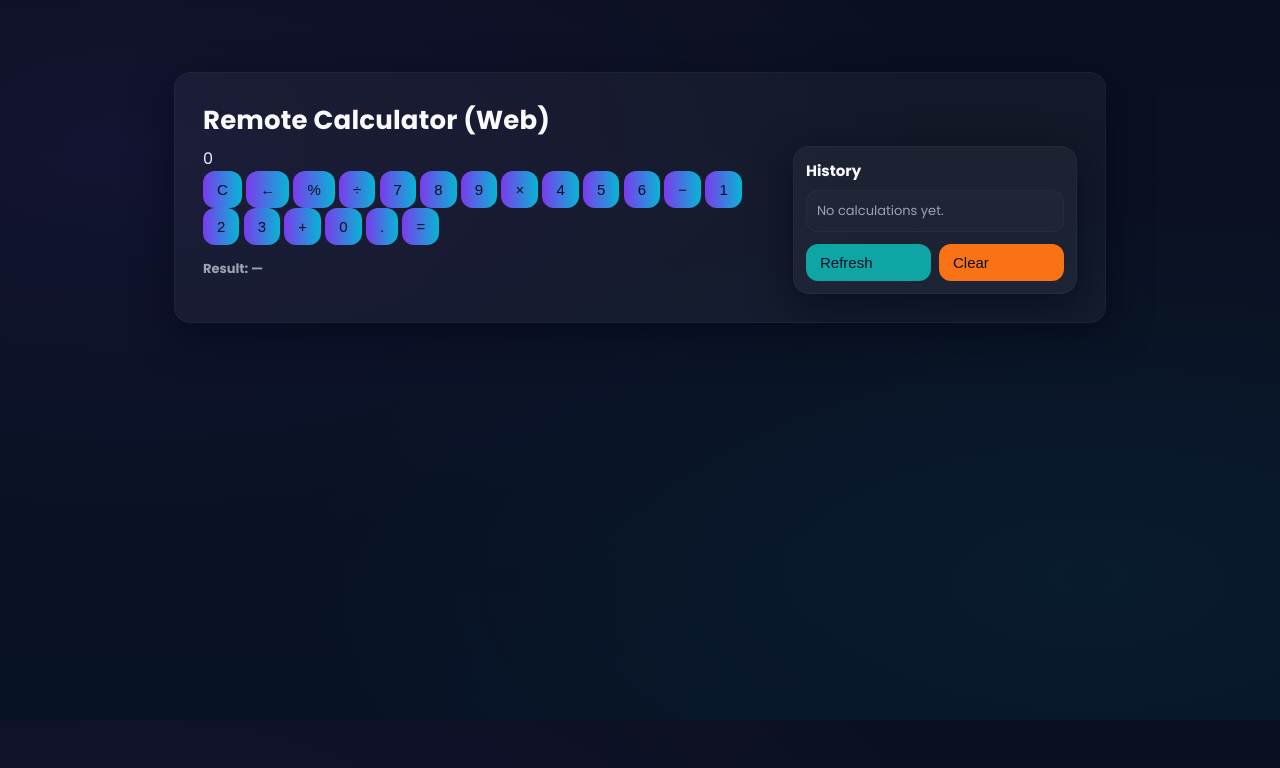
Repository: Sakib2405/PSTU_Academic
Page: http://localhost/
These files come from the project's save history. The page is drawn as it stood at one moment and after the next save; the edit follows.
The browser window is 1280 px wide. The pictures show the whole page.
The page is served by the project's application, run on Flask 3 (web_server.py).

Above is the page before, as saved 2025-11-22 12:19:35.
Console error: TypeError: Cannot read properties of null (reading 'addEventListener')

### 5th Semister/CCE-313,314(Networking)/Sessional/pronad1_Academic_PSTU_CSE_main_5th_Semester_ma'am_assignment_Socket/Remote Calculator/templates/index.html
<!doctype html>
<html lang="en">
  <head>
    <meta charset="utf-8" />
    <meta name="viewport" content="width=device-width, initial-scale=1" />
    <title>Remote Calculator</title>
    <link rel="preconnect" href="https://fonts.gstatic.com" crossorigin>
    <link href="https://fonts.googleapis.com/css2?family=Poppins:wght@300;400;600;700&display=swap" rel="stylesheet">
    <style>
      :root{
        --bg-dark-1: #0b1020;
        --bg-dark-2: #081225;
        --card: rgba(255,255,255,0.04);
        --muted: #9aa4b2;
        --neon-1: #7c3aed; /* violet */
        --neon-2: #06b6d4; /* cyan */
        --accent-shadow: rgba(124,58,237,0.14);
        --success:#22c55e;
        --danger:#fb7185;
      }
      *{box-sizing:border-box}
      html,body{height:100%}
      body{font-family:Poppins,Inter,Segoe UI,Arial;margin:0;background:radial-gradient(800px 400px at 10% 20%, rgba(124,58,237,0.08), transparent), radial-gradient(800px 380px at 85% 80%, rgba(6,182,212,0.06), transparent), linear-gradient(180deg,var(--bg-dark-1), var(--bg-dark-2));color:#e6eef8}

      /* floating neon blobs */
      .blob{position:absolute;border-radius:50%;filter:blur(80px);opacity:.45;mix-blend-mode:screen}
      .blob.b1{width:420px;height:420px;left:-120px;top:-80px;background:linear-gradient(135deg,var(--neon-1),rgba(124,58,237,0.2));}
      .blob.b2{width:360px;height:360px;right:-100px;bottom:-90px;background:linear-gradient(135deg,var(--neon-2),rgba(6,182,212,0.18));}

      .container{max-width:980px;margin:48px auto;padding:24px;position:relative}
      .card{position:relative;background:var(--card);border-radius:16px;padding:28px;box-shadow:0 12px 40px rgba(2,6,23,0.6);border:1px solid rgba(255,255,255,0.03);overflow:hidden}
      h1{margin:0 0 6px;font-size:26px;font-weight:700;color:#f8fafc;letter-spacing:0.2px}
      .desc{color:var(--muted);font-size:13px;margin-bottom:12px}

      .layout{display:flex;gap:22px;align-items:flex-start}
      @media(max-width:920px){.layout{flex-direction:column}}
      form{flex:1}
      label{display:block;margin-bottom:10px;font-size:13px;color:var(--muted)}
      input[type=number], select{width:100%;padding:12px;border-radius:12px;border:1px solid rgba(255,255,255,0.04);background:rgba(3,6,12,0.25);color:#e6eef8;font-size:16px;box-shadow:inset 0 1px 0 rgba(255,255,255,0.02)}
      .row{display:flex;gap:12px}
      .row > *{flex:1}

      /* neon animated button */
      button{background:linear-gradient(90deg,var(--neon-1),var(--neon-2));color:#071022;border:0;padding:10px 14px;border-radius:12px;font-size:15px;cursor:pointer;display:inline-flex;align-items:center;gap:10px;transition:transform .16s ease,box-shadow .16s ease}
      .btn-primary{box-shadow:0 8px 30px var(--accent-shadow), 0 0 18px rgba(6,182,212,0.06)}
      .btn-primary:hover{transform:translateY(-4px);box-shadow:0 20px 60px rgba(124,58,237,0.16),0 0 34px rgba(6,182,212,0.08)}
      .btn-ghost{background:transparent;color:#e6eef8;border:1px solid rgba(255,255,255,0.04)}
      .btn-ghost:hover{transform:translateY(-2px)}
      .icon{width:18px;height:18px;flex:0 0 18px;filter:drop-shadow(0 6px 18px rgba(124,58,237,0.09))}

      #result{margin-top:14px;font-weight:700}
      .result-badge{display:inline-flex;align-items:center;gap:10px;padding:10px 14px;border-radius:999px;background:linear-gradient(90deg, rgba(124,58,237,0.12), rgba(6,182,212,0.06));color:#071022;font-weight:700;box-shadow:0 8px 32px rgba(124,58,237,0.08)}
      .result-badge.error{background:linear-gradient(90deg, rgba(251,113,133,0.12), rgba(255,255,255,0.02));color:var(--danger)}
      .pulse{animation:pulse 820ms cubic-bezier(.2,.9,.3,1)}
      @keyframes pulse{0%{transform:scale(.995);opacity:.95}50%{transform:scale(1.04);opacity:1}100%{transform:none;opacity:1}}

      .history{width:380px}
      .history h3{margin:0 0 8px;font-size:15px;color:#f8fafc}
      .history-list{max-height:460px;overflow:auto;padding:10px;border-radius:12px;background:linear-gradient(180deg, rgba(255,255,255,0.02), rgba(255,255,255,0.01));border:1px solid rgba(255,255,255,0.03)}
      .history-item{display:flex;align-items:center;gap:12px;padding:10px;border-bottom:1px solid rgba(255,255,255,0.02);font-size:14px;color:#e6eef8;opacity:0;transform:translateY(12px);animation:fadeUp .36s cubic-bezier(.2,.9,.3,1) forwards}
      .history-item:last-child{border-bottom:0}
      @keyframes fadeUp{to{opacity:1;transform:none}}

      .controls{display:flex;gap:8px;margin-top:12px}
      .muted{color:var(--muted);font-size:13px}
      .error{color:var(--danger)}

      /* animated neon scrollbar */
      .history-list::-webkit-scrollbar{width:10px}
      .history-list::-webkit-scrollbar-thumb{background:linear-gradient(180deg,var(--neon-1),var(--neon-2));border-radius:10px}
    </style>
  </head>
  <body>
    <div class="container">
      <div class="card">
        <h1>Remote Calculator (Web)</h1>
        <div class="layout">
          <div id="calculator" class="calculator">
            <div class="display" id="calcDisplay" aria-live="polite">0</div>

            <div class="keypad" id="keypad">
              <button class="key key-op" data-op="C">C</button>
              <button class="key key-op" data-op="←">←</button>
              <button class="key key-op" data-op="%">%</button>
              <button class="key key-op" data-op="/">÷</button>

              <button class="key" data-key="7">7</button>
              <button class="key" data-key="8">8</button>
              <button class="key" data-key="9">9</button>
              <button class="key key-op" data-op="*">×</button>

              <button class="key" data-key="4">4</button>
              <button class="key" data-key="5">5</button>
              <button class="key" data-key="6">6</button>
              <button class="key key-op" data-op="-">−</button>

              <button class="key" data-key="1">1</button>
              <button class="key" data-key="2">2</button>
              <button class="key" data-key="3">3</button>
              <button class="key key-op" data-op="+">+</button>

              <button class="key wide" data-key="0">0</button>
              <button class="key" data-key=".">.</button>
              <button class="key key-eq" data-op="=">=</button>
            </div>

            <div id="result" class="muted">Result: <span id="value">—</span></div>
          </div>

          <aside class="history card" style="padding:12px">
            <h3>History</h3>
            <div class="history-list" id="historyList">
              <div class="muted">No calculations yet.</div>
            </div>
            <div class="controls">
              <button id="refreshHistory" style="flex:1;background:#0ea5a4">Refresh</button>
              <button id="clearHistory" style="flex:1;background:#f97316">Clear</button>
            </div>
          </aside>
        </div>
      </div>
    </div>

    <script src="/static/main.js"></script>
  </body>
</html>

### 5th Semister/CCE-313,314(Networking)/Sessional/pronad1_Academic_PSTU_CSE_main_5th_Semester_ma'am_assignment_Socket/Remote Calculator/web_server.py
from flask import Flask, request, jsonify, render_template, session
import os

app = Flask(__name__)
# Use environment variables for secrets in production; provide a clear fallback for development.
app.secret_key = os.environ.get('REMOTE_CALC_SECRET', 'replace-this-with-a-secure-random-key')
app.config['SHUTDOWN_TOKEN'] = os.environ.get('REMOTE_CALC_SHUTDOWN_TOKEN', 'please-change-this-token')


def calculate(num1, operator, num2):
    """Return (ok: bool, value_or_error).

    ok True -> numeric result (int/float).
    ok False -> error string.
    Accepts integer or float inputs.
    """
    # Basic presence check
    if num1 is None or num2 is None or operator is None:
        return False, 'Missing input(s)'

    try:
        # Accept floats and ints; parse with float()
        a = float(num1)
        b = float(num2)
    except (ValueError, TypeError):
        return False, 'Invalid numeric input'

    if operator == '+':
        res = a + b
    elif operator == '-':
        res = a - b
    elif operator == '*':
        res = a * b
    elif operator == '/':
        if b == 0:
            return False, 'Division by zero'
        res = a / b
    elif operator == '%':
        if b == 0:
            return False, 'Division by zero'
        res = a % b
    else:
        return False, 'Invalid operator'

    # If the result is mathematically an integer, return as int for cleaner output
    if isinstance(res, float) and res.is_integer():
        return True, int(res)
    return True, res


@app.route('/')
def index():
    return render_template('index.html')


@app.route('/api/calc', methods=['POST'])
def api_calc():
    data = request.get_json() or request.form
    num1 = data.get('num1')
    operator = data.get('operator')
    num2 = data.get('num2')

    ok, value = calculate(num1, operator, num2)

    # Save to session history (simple list of strings). Record both successes and failures.
    history = session.get('history', [])
    if ok:
        entry = f"{num1} {operator} {num2} = {value}"
    else:
        entry = f"{num1} {operator} {num2} -> ERROR: {value}"
    history.insert(0, entry)
    session['history'] = history[:20]
    session.modified = True

    if ok:
        return jsonify({'ok': True, 'result': value, 'history': session['history']})
    else:
        return jsonify({'ok': False, 'error': value, 'history': session['history']})


@app.route('/api/history', methods=['GET'])
def api_history():
    return jsonify({'history': session.get('history', [])})


@app.route('/api/history/clear', methods=['POST'])
def api_history_clear():
    session['history'] = []
    session.modified = True
    return jsonify({'ok': True, 'history': []})


if __name__ == '__main__':
    app.run(host='127.0.0.1', port=5000, debug=True)


@app.route('/shutdown', methods=['POST'])
def shutdown():
    """Shutdown the Werkzeug development server.

    Call with JSON or form: {"token": "..."} or header `X-SHUTDOWN-TOKEN`.
    This is intended for local use only. Change `SHUTDOWN_TOKEN` before using.
    """
    # check token
    token = None
    if request.is_json:
        token = request.get_json().get('token')
    if not token:
        token = request.form.get('token')
    if not token:
        token = request.headers.get('X-SHUTDOWN-TOKEN')

    if token != app.config.get('SHUTDOWN_TOKEN'):
        return jsonify({'ok': False, 'error': 'Invalid shutdown token'}), 403

    func = request.environ.get('werkzeug.server.shutdown')
    if func is None:
        return jsonify({'ok': False, 'error': 'Not running with the Werkzeug server'}), 500
    func()
    return jsonify({'ok': True, 'message': 'Server shutting down'})

### 5th Semister/CCE-313,314(Networking)/Sessional/pronad1_Academic_PSTU_CSE_main_5th_Semester_ma'am_assignment_Socket/Remote Calculator/static/main.js
document.addEventListener('DOMContentLoaded', () => {
  const form = document.getElementById('calcForm');
  const valueEl = document.getElementById('value');
  const historyList = document.getElementById('historyList');
  const clearHistoryBtn = document.getElementById('clearHistory');
  const refreshHistoryBtn = document.getElementById('refreshHistory');
  const clearBtn = document.getElementById('clearButton');

  form.addEventListener('submit', async (e) => {
    e.preventDefault();
    const num1 = document.getElementById('num1').value;
    const operator = document.getElementById('operator').value;
    const num2 = document.getElementById('num2').value;

    // Client-side validation
    const validOperators = ['+','-','*','/','%'];
    if(num1 === '' || num2 === ''){
      showError('Please enter both numbers');
      return;
    }
    if(!validOperators.includes(operator)){
      showError('Invalid operator selected');
      return;
    }
    // allow float zero check
    if((operator === '/' || operator === '%') && Number(num2) === 0){
      showError('Cannot divide by zero');
      return;
    }

    valueEl.textContent = 'Calculating…';
    valueEl.parentElement.classList.remove('error');

    try {
      const res = await fetch('/api/calc', {
        method: 'POST',
        headers: { 'Content-Type': 'application/json' },
        body: JSON.stringify({ num1, operator, num2 })
      });

      const data = await res.json();
      if(data.ok){
        showResult(data.result);
      } else {
        showError(data.error || 'Server error');
      }
      renderHistory(data.history || []);
    } catch (err) {
      showError('Network error');
    }
  });

  clearBtn.addEventListener('click', () => {
    document.getElementById('num1').value = '';
    document.getElementById('num2').value = '';
    valueEl.textContent = '—';
  });

  refreshHistoryBtn.addEventListener('click', fetchHistory);
  clearHistoryBtn.addEventListener('click', async () => {
    await fetch('/api/history/clear', { method: 'POST' });
    renderHistory([]);
  });

  async function fetchHistory(){
    try{
      const r = await fetch('/api/history');
      const j = await r.json();
      renderHistory(j.history || []);
    }catch(e){ console.warn(e) }
  }

  function renderHistory(list){
    historyList.innerHTML = '';
    if(!list || list.length === 0){
      historyList.innerHTML = '<div class="muted">No calculations yet.</div>';
      return;
    }
    for(const item of list){
      const div = document.createElement('div');
      div.className = 'history-item';
      // choose icon based on success or error
      const isError = /ERROR:/i.test(item);
      const icon = isError ? errorSVG() : checkSVG();
      div.innerHTML = `${icon}<div style="display:inline-block;vertical-align:middle;margin-left:8px">${escapeHtml(item)}</div>`;
      historyList.appendChild(div);
    }
  }

  function escapeHtml(s){
    return String(s).replace(/&/g,'&amp;').replace(/</g,'&lt;').replace(/>/g,'&gt;');
  }

  function checkSVG(){
    return `<svg class="icon" viewBox="0 0 24 24" fill="none" xmlns="http://www.w3.org/2000/svg"><circle cx="12" cy="12" r="9" stroke="#10B981" stroke-width="1.4"/><path d="M8.5 12.5l2 2 5-5" stroke="#10B981" stroke-width="1.6" stroke-linecap="round" stroke-linejoin="round"/></svg>`;
  }

  function errorSVG(){
    return `<svg class="icon" viewBox="0 0 24 24" fill="none" xmlns="http://www.w3.org/2000/svg"><circle cx="12" cy="12" r="9" stroke="#EF4444" stroke-width="1.4"/><path d="M12 8v5" stroke="#EF4444" stroke-width="1.6" stroke-linecap="round"/><path d="M12 16h.01" stroke="#EF4444" stroke-width="1.6" stroke-linecap="round"/></svg>`;
  }

  function showResult(value){
    valueEl.textContent = value;
    // add success badge style + animation
    const parent = valueEl.parentElement;
    parent.classList.remove('error');
    parent.classList.add('pulse');
    setTimeout(()=> parent.classList.remove('pulse'), 950);
  }

  function showError(msg){
    valueEl.textContent = msg;
    const parent = valueEl.parentElement;
    parent.classList.add('error');
    parent.classList.remove('pulse');
  }

  // load initial history
  fetchHistory();
});

After the next save:
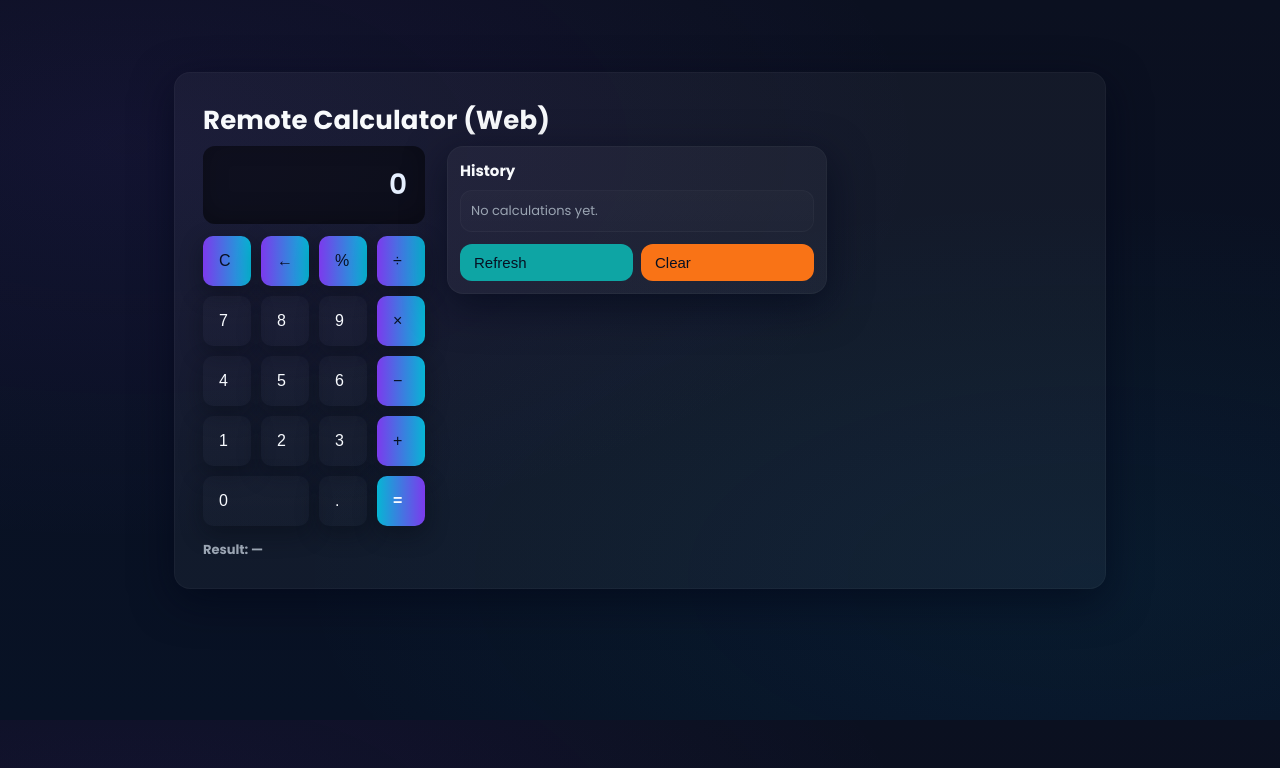
Saved 15 s later.
--- a/5th Semister/CCE-313,314(Networking)/Sessional/pronad1_Academic_PSTU_CSE_main_5th_Semester_ma'am_assignment_Socket/Remote Calculator/templates/index.html
+++ b/5th Semister/CCE-313,314(Networking)/Sessional/pronad1_Academic_PSTU_CSE_main_5th_Semester_ma'am_assignment_Socket/Remote Calculator/templates/index.html
@@ -68,6 +68,15 @@
       /* animated neon scrollbar */
       .history-list::-webkit-scrollbar{width:10px}
       .history-list::-webkit-scrollbar-thumb{background:linear-gradient(180deg,var(--neon-1),var(--neon-2));border-radius:10px}
+      /* calculator styles */
+      .calculator{max-width:420px}
+      .display{background:rgba(0,0,0,0.45);color:#e6f0ff;padding:18px;border-radius:12px;font-size:28px;text-align:right;font-weight:600;box-shadow:inset 0 -6px 24px rgba(0,0,0,0.25)}
+      .keypad{display:grid;grid-template-columns:repeat(4,1fr);gap:10px;margin-top:12px}
+      .key{background:linear-gradient(180deg, rgba(255,255,255,0.02), rgba(255,255,255,0.01));color:#f8fbff;border:0;padding:16px;border-radius:10px;font-size:16px;cursor:pointer;box-shadow:0 8px 22px rgba(6,10,20,0.45);transition:transform .12s ease,box-shadow .12s}
+      .key:active{transform:translateY(2px)}
+      .key-op{background:linear-gradient(90deg,var(--neon-1),var(--neon-2));color:#071022}
+      .key-eq{background:linear-gradient(90deg,var(--neon-2),var(--neon-1));font-weight:700}
+      .wide{grid-column:span 2}
     </style>
   </head>
   <body>
